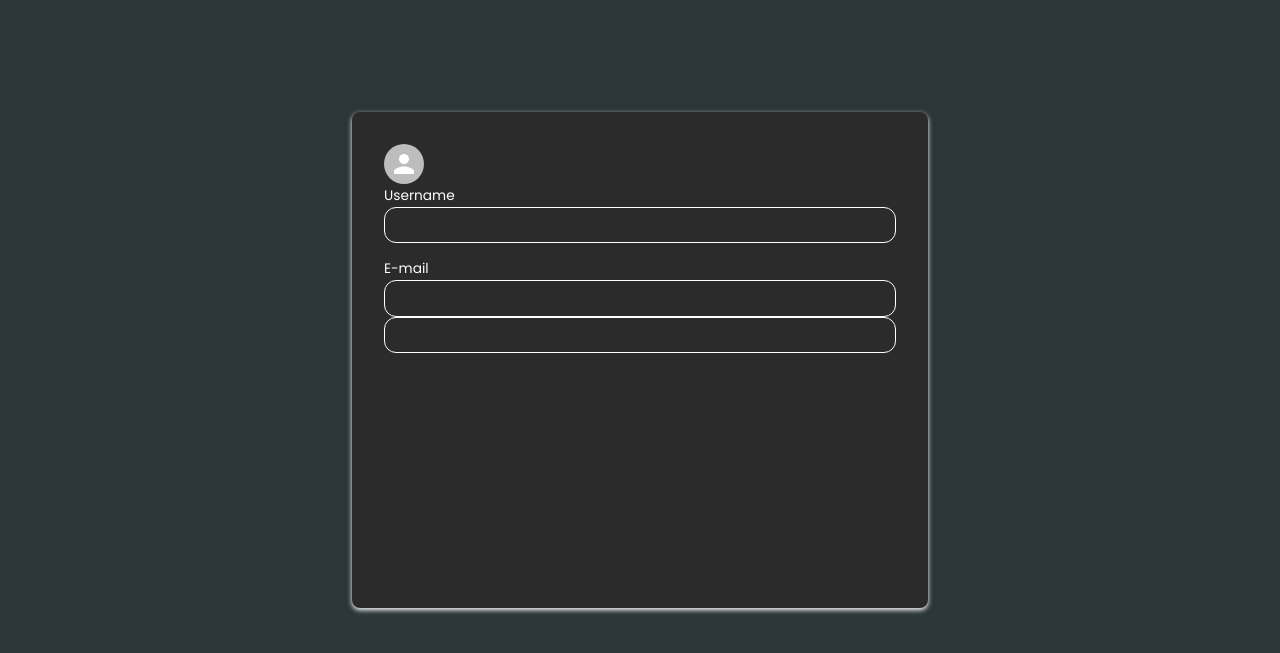
Repository: IzzaSuni/Izza-ToDo
Page: /publicNote/Private/profile
These files come from the project's save history. The page is drawn as it stood at one moment and after the next save; the edit follows.
The browser window is 1280 px wide. The pictures show the whole page.
The project was rebuilt for these pictures with package versions that can differ from the ones it lists, and the page was loaded fresh each time. Also part of the build but not shown: src/App.css, src/services.js, src/components/List.js, src/components/Filter.js, src/components/ohayo.js, src/utils/Query.js, src/components/navbar.js, src/components/MainPage.js and 4 more.

Above is the page before, as saved 2022-08-20 11:32:17.

After the next save:
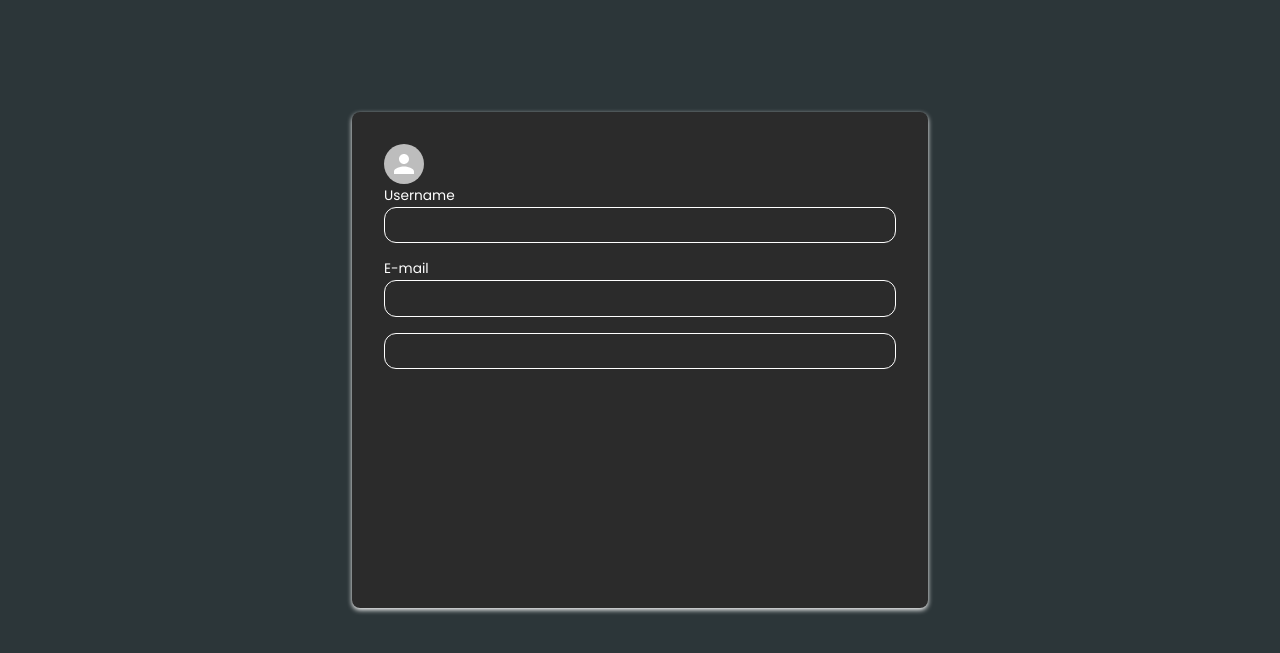
Saved 5 s later.
--- a/src/components/Profile.js
+++ b/src/components/Profile.js
@@ -41,7 +41,7 @@ export default function Profile() {
             </Box>
             <Typography>E-mail</Typography>
             <Input type="email" defVal={user.email} isdisabled />
-            <Box pb={2}>
+            <Box pt={2}>
               <Input type="email" defVal={user.user} isdisabled />
             </Box>
           </Box>
